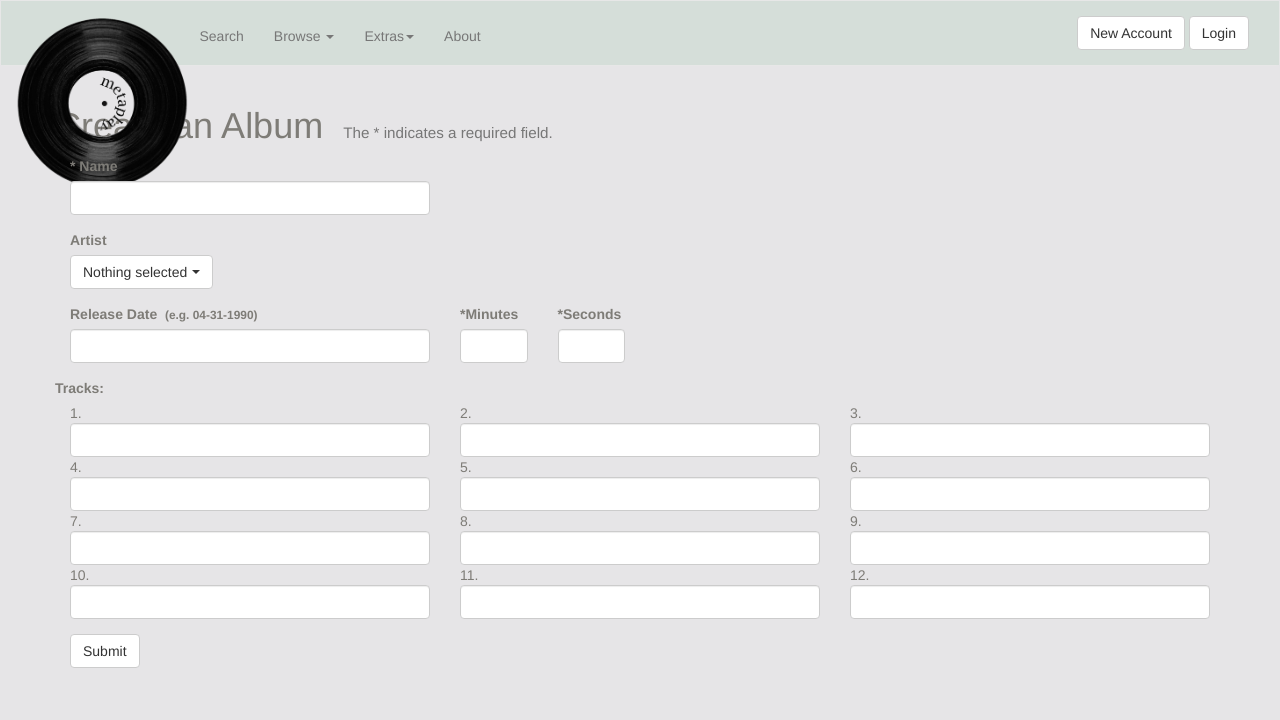
Repository: dRiott/Metaplay
Page: http://localhost/metaplay/WEB-INF/views/album_add.jsp
These files come from the project's save history. The page is drawn as it stood at one moment and after the next save; the edit follows.
The browser window is 1280 px wide. The pictures show the whole page.
Some web libraries are served in a nearby version. The page is served by Tomcat 9. Nobody is signed in. The template is opened directly, without the code that normally fills it, so the values that code supplies are empty.

Above is the page before, as saved 2015-09-29 20:34:21.
Console error: TypeError: Cannot set properties of null (setting 'value')

After the next save:
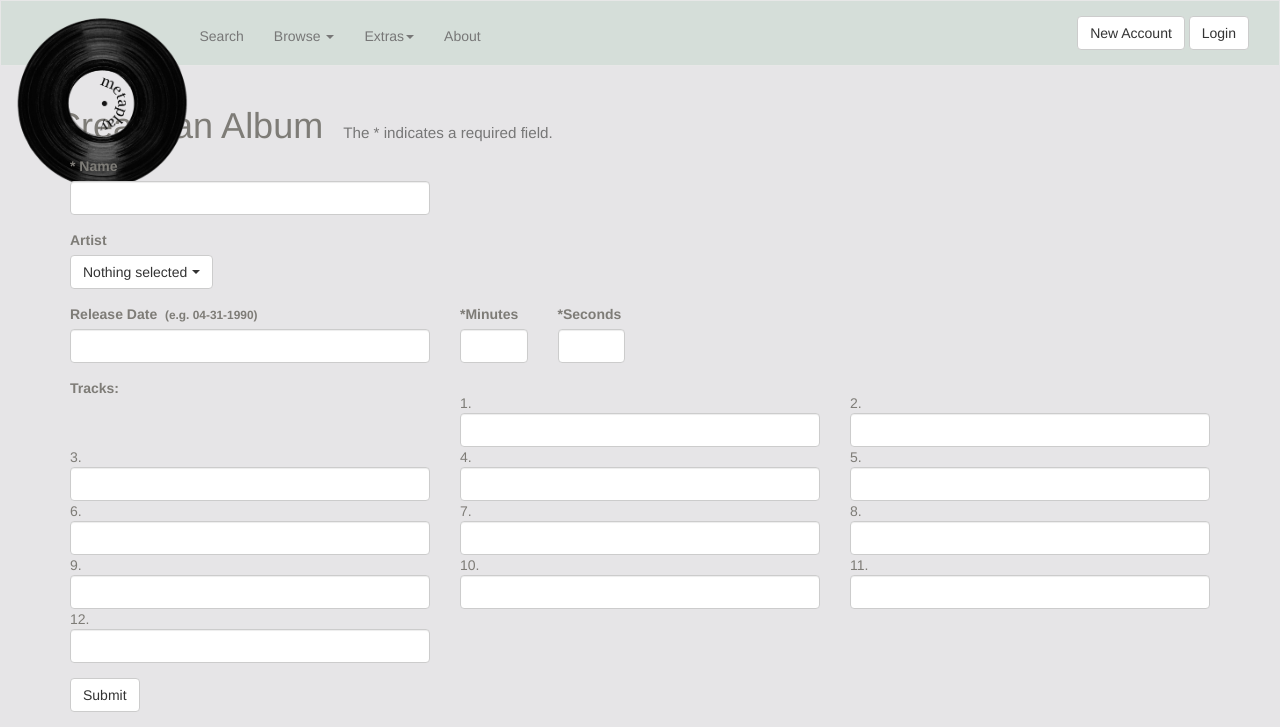
Saved 21 s later.
--- a/metaplay/src/main/webapp/WEB-INF/views/album_add.jsp
+++ b/metaplay/src/main/webapp/WEB-INF/views/album_add.jsp
@@ -84,7 +84,11 @@
 					<div class="form-group" style="float:clear;"></div>
 
 					<div class="row">
+						<div class="col-md-4">
 						<label for="albumTrack">Tracks: </label>
+						</div>
+											<div class="form-group" style="float:clear;"></div>
+
 						<div class="col-md-4 showNextTrack">
 							<span>1. </span>
 							<form:input path="tracks[0].name" cssClass="form-control" id="albumTrack1" />
